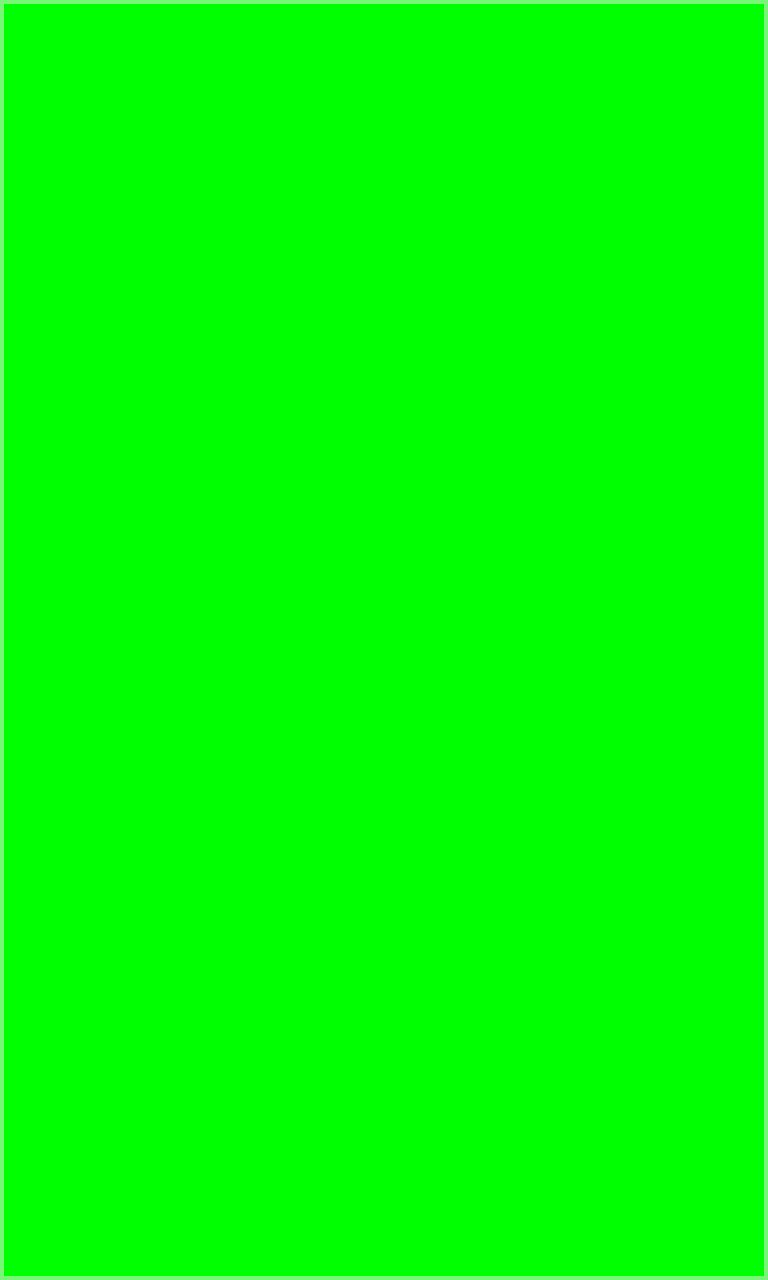
Repository: jellydiamonds/Proto
Layout: Android/CameraSafePreview/res/layout/selection.xml
The author's editor kept a copy of each file at every save. The layout is drawn from the files as they stood at one save, then again after the next save.
It is drawn on a 768 x 1280 px phone screen (xhdpi) without system bars, with theme android:Theme.Black.NoTitleBar.Fullscreen; the app's code is not run.

Above is the layout before, as saved 2014-04-03 14:57:07.

After the next save:
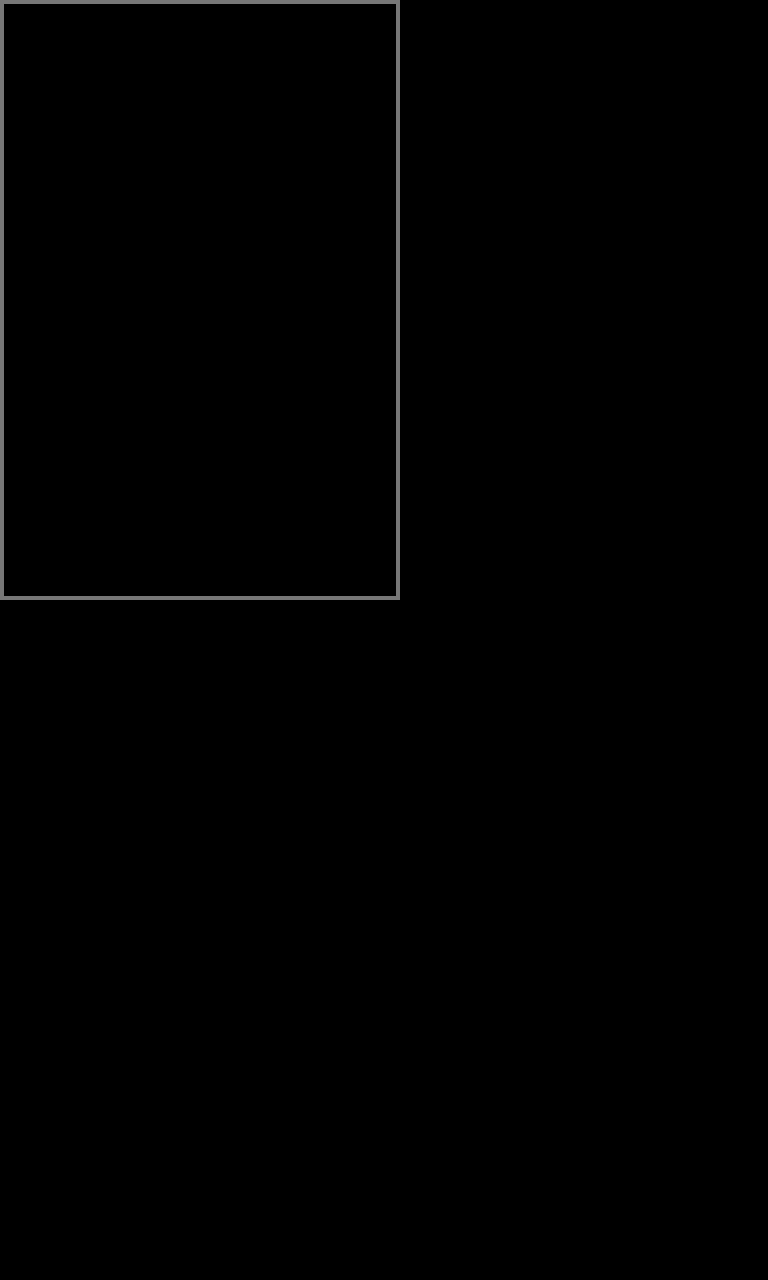
Saved 4 min 43 s later.
--- a/Android/CameraSafePreview/res/layout/selection.xml
+++ b/Android/CameraSafePreview/res/layout/selection.xml
@@ -1,36 +1,16 @@
 <?xml version="1.0" encoding="utf-8"?>
-<LinearLayout xmlns:android="http://schemas.android.com/apk/res/android"
-    		android:orientation="vertical"
-    		android:layout_height="wrap_content"
-    		android:layout_width="wrap_content"
-    		android:background="#ffffff">
+<FrameLayout xmlns:android="http://schemas.android.com/apk/res/android"
+				android:layout_height="wrap_content"
+    			android:layout_width="wrap_content"
+    			android:layout_gravity="center_vertical|center_horizontal" >
 
-    		<LinearLayout
-    		    android:layout_width="match_parent"
-    		    android:layout_height="0dp"
-    		    android:layout_weight="0.5"
-    		    android:orientation="horizontal"
-    		    android:background="#ff0000"
-    		    android:baselineAligned="false"
-    		    >
 
-    		    <LinearLayout
-    		        android:layout_height="match_parent"
-    		        android:layout_width="0dp"
-    		        android:layout_weight="0.5"
-    		        android:orientation="vertical"
-    		        android:background="#00ff00">
+    	<Button
+			    android:id="@+id/button_selection"
+				android:layout_width="200dp"
+				android:layout_height="300dp"
+				android:background="@drawable/picture_rect_selection"
+			    android:alpha="0.5"
+				 />
 
-    		            <Button
-							android:id="@+id/button_selection"
-							android:layout_width="match_parent"
-							android:layout_height="match_parent"
-							android:background="@drawable/picture_rect_selection"
-			    			android:alpha="0.5"
-				 		/>
-
-    		    </LinearLayout>
-
-    		</LinearLayout>
-
-</LinearLayout>
+</FrameLayout>
